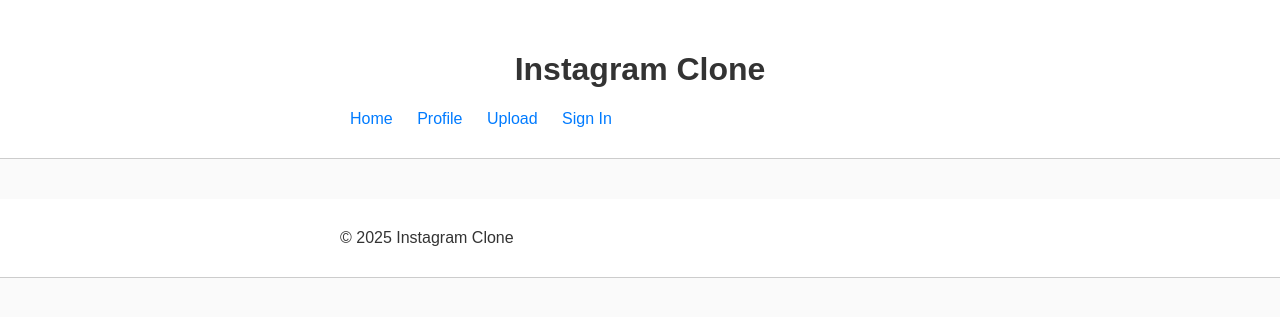
Repository: burhannaseer/CloudClips
Page: index.html
The author's editor kept a copy of each file at every save. The page is drawn from the files as they stood at one save, then again after the next save.
The browser window is 1280 px wide. The pictures show the whole page.

Above is the page before, as saved 2025-05-06 02:32:35.

### index.html
<!DOCTYPE html>
<html lang="en">
<head>
  <meta charset="UTF-8">
  <meta name="viewport" content="width=device-width, initial-scale=1.0">
  <title>Instagram Clone - Home</title>
  <link rel="stylesheet" href="styles.css">
</head>
<body>
  <header>
    <div class="container">
      <h1>Instagram Clone</h1>
      <nav>
        <a href="index.html">Home</a>
        <a href="profile.html">Profile</a>
        <a href="upload.html">Upload</a>
        <a href="signin.html">Sign In</a>
      </nav>
    </div>
  </header>

  <main class="container">
    <div id="feed" class="feed"></div>
  </main>

  <footer>
    <div class="container">&copy; 2025 Instagram Clone</div>
  </footer>

  <script src="script.js"></script>
</body>
</html>

### styles.css
body {
  font-family: Arial, sans-serif;
  margin: 0;
  padding: 0;
  background-color: #fafafa;
  color: #333;
}

.container {
  max-width: 600px;
  margin: auto;
  padding: 20px;
}

header, footer {
  background-color: #fff;
  border-bottom: 1px solid #ccc;
  padding: 10px 0;
}

nav a {
  margin: 0 10px;
  text-decoration: none;
  color: #007bff;
}

h1, h2 {
  text-align: center;
}

form {
  display: flex;
  flex-direction: column;
  gap: 10px;
}

input[type="text"],
input[type="email"],
input[type="password"],
input[type="file"],
textarea,
button {
  padding: 10px;
  font-size: 1rem;
  border: 1px solid #ccc;
  border-radius: 5px;
  width: 100%;
  box-sizing: border-box;
}

button {
  background-color: #007bff;
  color: white;
  border: none;
  cursor: pointer;
  font-weight: bold;
}

button:hover {
  background-color: #0056b3;
}

.feed .post {
  background: white;
  border: 1px solid #ccc;
  margin-bottom: 20px;
  padding: 10px;
  border-radius: 8px;
}

.post img, .post video {
  width: 100%;
  border-radius: 5px;
  margin-top: 10px;
}

.actions {
  display: flex;
  justify-content: space-around;
  margin-top: 10px;
  font-size: 1.2rem;
  cursor: pointer;
}

.actions span:hover {
  opacity: 0.7;
}

/* Sign In / Sign Up Forms */
form#signinForm, form#signupForm {
  background-color: #fff;
  padding: 20px;
  border: 1px solid #ccc;
  border-radius: 10px;
  max-width: 400px;
  margin: 40px auto;
}

form#signinForm p,
form#signupForm p {
  text-align: center;
}

form#signinForm a,
form#signupForm a {
  color: #007bff;
  text-decoration: none;
}

form#signinForm a:hover,
form#signupForm a:hover {
  text-decoration: underline;
}

### script.js
const form = document.getElementById('uploadForm');
if (form) {
  form.addEventListener('submit', function(e) {
    e.preventDefault();
    const title = document.getElementById('titleInput').value;
    const fileInput = document.getElementById('mediaInput');
    const description = document.getElementById('descriptionInput').value;
    const file = fileInput.files[0];
    const reader = new FileReader();

    reader.onload = function() {
      const post = {
        title,
        media: reader.result,
        type: file.type,
        description,
        likes: 0
      };
      const posts = JSON.parse(localStorage.getItem('posts')) || [];
      posts.unshift(post);
      localStorage.setItem('posts', JSON.stringify(posts));
      alert('Post uploaded!');
      window.location.href = 'index.html';
    };

    if (file) {
      reader.readAsDataURL(file);
    }
  });
}

function renderPosts(containerId) {
  const container = document.getElementById(containerId);
  if (!container) return;
  const posts = JSON.parse(localStorage.getItem('posts')) || [];
  posts.forEach((post, index) => {
    const div = document.createElement('div');
    div.className = 'post';

    const mediaTag = post.type.startsWith('video') ?
      `<video controls width="100%"><source src="${post.media}" type="${post.type}"></video>` :
      `<img src="${post.media}" alt="">`;

    div.innerHTML = `
      <h3>${post.title || 'Untitled'}</h3>
      ${mediaTag}
      <p>${post.description}</p>
      <div class="actions">
        <span onclick="likePost(${index})">❤️ ${post.likes}</span>
        <span title="Share">🔗</span>
        <span title="Save">💾</span>
      </div>
    `;
    container.appendChild(div);
  });
}

function likePost(index) {
  const posts = JSON.parse(localStorage.getItem('posts')) || [];
  posts[index].likes++;
  localStorage.setItem('posts', JSON.stringify(posts));
  location.reload();
}

renderPosts('feed');
renderPosts('myPosts');

After the next save:
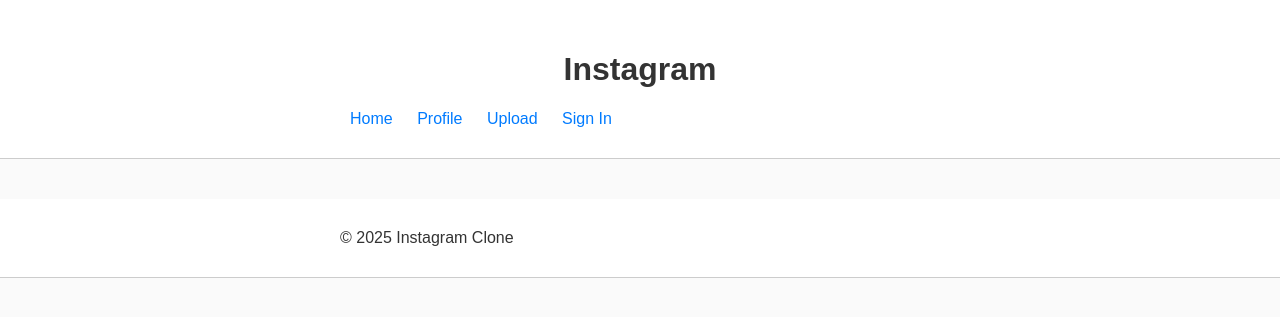
Saved 74 s later.
--- a/index.html
+++ b/index.html
@@ -3,13 +3,13 @@
 <head>
   <meta charset="UTF-8">
   <meta name="viewport" content="width=device-width, initial-scale=1.0">
-  <title>Instagram Clone - Home</title>
+  <title>Instagram Home</title>
   <link rel="stylesheet" href="styles.css">
 </head>
 <body>
   <header>
     <div class="container">
-      <h1>Instagram Clone</h1>
+      <h1>Instagram</h1>
       <nav>
         <a href="index.html">Home</a>
         <a href="profile.html">Profile</a>
